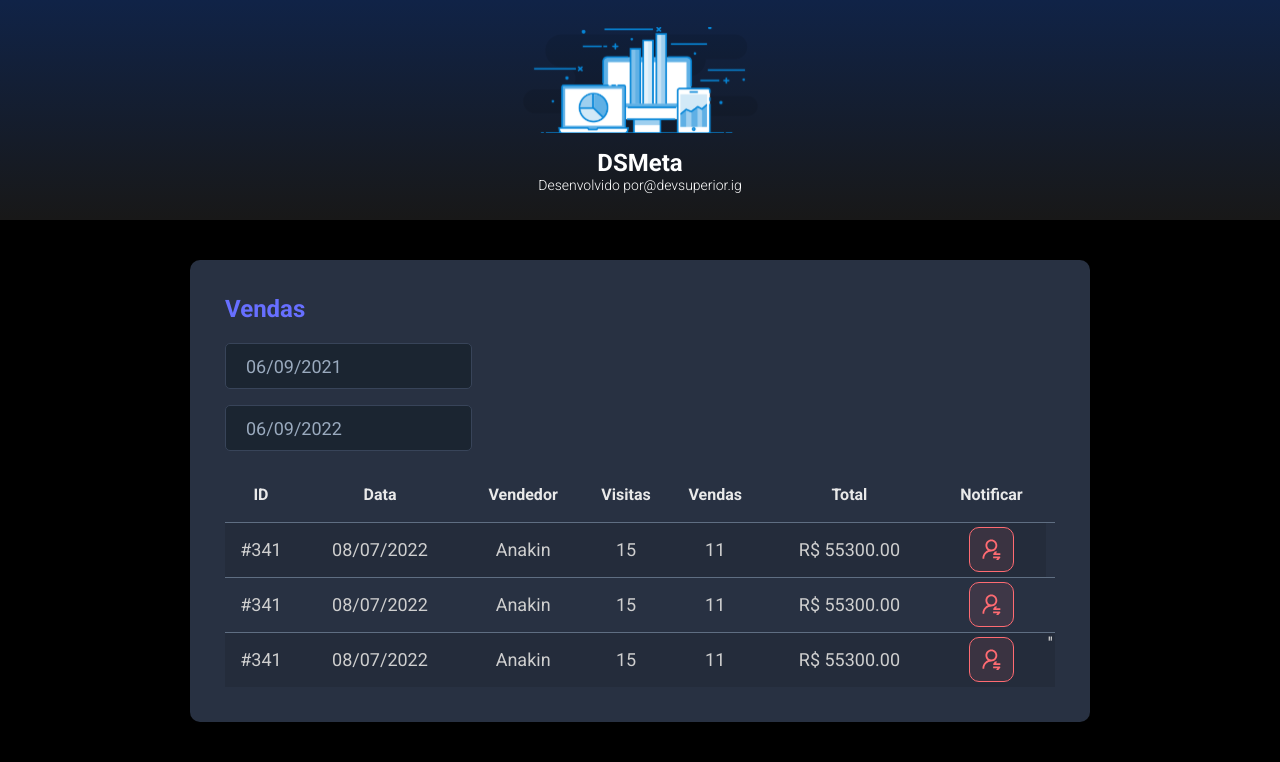
Repository: lucassouzz/dsmeta
Page: / (app in frontend/)
These files come from the project's save history. The page is drawn as it stood at one moment and after the next save; the edit follows.
The browser window is 1280 px wide. The pictures show the whole page.
The project was rebuilt for these pictures with package versions that can differ from the ones it lists, and the page was loaded fresh each time. Also part of the build but not shown: frontend/vite.config.ts.

Above is the page before, as saved 2022-09-11 20:01:39.

### frontend/src/App.tsx
import Header from "./components/Header";
import SalesCard from "./components/SalesCard";
import NotificationButton from "./components/NotificationButton";


function App() {
  return (
    <>
      <Header />
      <main>
        <section id="sales">
          <div className="dsmeta-container">
            <SalesCard />
          </div>
        </section>
      </main>
    </>
  )
}

export default App;

### frontend/src/index.css
@import url("https://fonts.googleapis.com/css2?family=Roboto:wght@300;400;700&display=swap");

* {
  font-family: "Roboto", sans-serif;
  box-sizing: border-box;
  margin: 0;
  padding: 0;
}

body,
html {
  background-color: #000;
  color: #fff;
}

a,
a:hover,
a:visited {
  color: unset;
  text-decoration: none;
}

/*
header {
  background: linear-gradient(180deg, #102347 0%, #181818 100%);
  height: 220px;
  display: flex;
  align-items: center;
  justify-content: center;
}

.dsmeta-logo-container {
  display: flex;
  flex-direction: column;
  align-items: center;
}

.dsmeta-logo-container img {
  width: 235px;
}

.dsmeta-logo-container h1 {
  margin-top: 15px;
  font-size: 24px;
}

.dsmeta-logo-container p {
  font-size: 14px;
  font-weight: 300;
}

.dsmeta-card {
  background-color: #283142;
  border-radius: 10px;
  padding: 30px 10px;
}
*/
.dsmeta-container {
  width: 100%;
  max-width: 900px;
  margin: 0 auto;
}

#sales {
  padding: 40px 10px;
}

/*
.dsmeta-sales-title {
  color: #676fff;
  font-size: 24px;
  margin-bottom: 20px;
}

.dsmeta-form-control-container {
  margin-bottom: 16px;
  max-width: 300px;
}

.dsmeta-form-control {
  width: 100%;
  height: 46px;
  background-color: #1b2531;
  border: 1px solid #384459;
  border-radius: 5px;
  color: #9aaabe;
  padding: 0 20px;
  font-size: 18px;
}

.dsmeta-sales-table {
  width: 100%;
  border-spacing: 0;
  border-collapse: collapse;
}

.dsmeta-sales-table thead {
  height: 55px;
  font-size: 16px;
  color: #e9e9e9;
  font-weight: 700;
}

.dsmeta-sales-table tbody {
  font-size: 14px;
  font-weight: 400;
  color: #cfcfcf;
  text-align: center;
}

.dsmeta-sales-table tbody tr {
  height: 74px;
  border-top: 1px solid #5f6e82;
}

.dsmeta-sales-table tbody tr:hover > td {
  background-color: #384459;
}

.dsmeta-sales-table tbody tr:nth-child(odd) {
  background-color: #242c3b;
}

.dsmeta-red-btn-container {
    display: flex;
    justify-content: center;
}

.dsmeta-red-btn {
  height: 45px;
  width: 45px;
  background: rgba(255, 107, 114, 0.1);
  border: 1px solid #ff6b72;
  border-radius: 10px;
  display: flex;
  align-items: center;
  justify-content: center;
  cursor: pointer;
}

.dsmeta-red-btn img {
    width: 19px;
}

.show576 {
    display: none;
}

.show992 {
    display: none;
}

@media (min-width: 576px) {
    .show576 {
        display: table-cell;
    }

    .dsmeta-card {
        padding: 35px;
    }

    .dsmeta-sales-table tbody tr {
        height: 55px;
    }

    .dsmeta-sales-table tbody {
        font-size: 18px;
    }
}

@media (min-width: 992px) {
    .show992 {
        display: table-cell;
    }
} */

### frontend/src/components/Header/index.tsx
import logo from '../../assets/img/logo.svg';
import './styles.css';

function Header() {
  return (
    <>
      <header>
        <div className="dsmeta-logo-container">
          <img src={logo} alt="DSMeta" />
          <h1>DSMeta</h1>
          <p>
            Desenvolvido por
            <a href="https://www.instagram.com/devsuperior.ig">@devsuperior.ig</a>
          </p>
        </div>
      </header>
    </>
  )
}

export default Header;

### frontend/src/components/SalesCard/index.tsx
import { useEffect, useState } from "react";
import DatePicker from "react-datepicker";
import "react-datepicker/dist/react-datepicker.css";

import NotificationButton from '../NotificationButton';
import './styles.css';

function SalesCard() {

    const min = new Date(new Date().setDate(new Date().getDate() - 365));
    const max = new Date();

    const [minDate, setMinDate] = useState(min);
    const [maxDate, setMaxDate] = useState(max);

    useEffect(() => {
        console.log("TESTE")
    }, []);

    return (
        <>
            <div className="dsmeta-card">
                <h2 className="dsmeta-sales-title">Vendas</h2>
                <div>
                    <div className="dsmeta-form-control-container">
                        <DatePicker
                            selected={minDate}
                            onChange={(date: Date) => setMinDate(date)}
                            className="dsmeta-form-control"
                            dateFormat="dd/MM/yyyy"
                        />
                    </div>
                    <div className="dsmeta-form-control-container">
                        <DatePicker
                            selected={maxDate}
                            onChange={(date: Date) => setMaxDate(date)}
                            className="dsmeta-form-control"
                            dateFormat="dd/MM/yyyy"
                        />
                    </div>
                </div>

                <div>
                    <table className="dsmeta-sales-table">
                        <thead>
                            <tr>
                                <th className="show992">ID</th>
                                <th className="show576">Data</th>
                                <th>Vendedor</th>
                                <th className="show992">Visitas</th>
                                <th className="show992">Vendas</th>
                                <th>Total</th>
                                <th>Notificar</th>
                            </tr>
                        </thead>
                        <tbody>
                            <tr>
                                <td className="show992">#341</td>
                                <td className="show576">08/07/2022</td>
                                <td>Anakin</td>
                                <td className="show992">15</td>
                                <td className="show992">11</td>
                                <td>R$ 55300.00</td>
                                <td>
                                    <div className="dsmeta-red-btn-container">
                                        <NotificationButton />
                                    </div>
                                </td>
                            </tr>
                            <tr>
                                <td className="show992">#341</td>
                                <td className="show576">08/07/2022</td>
                                <td>Anakin</td>
                                <td className="show992">15</td>
                                <td className="show992">11</td>
                                <td>R$ 55300.00</td>
                                <td>
                                    <div className="dsmeta-red-btn-container">
                                        <NotificationButton />
                                    </div>
                                </td>
                            </tr>
                            <tr>
                                <td className="show992">#341</td>
                                <td className="show576">08/07/2022</td>
                                <td>Anakin</td>
                                <td className="show992">15</td>
                                <td className="show992">11</td>
                                <td>R$ 55300.00</td>
                                <td>
                                    <div className="dsmeta-red-btn-container">
                                        <NotificationButton />
                                    </div>
                                </td>''
                            </tr>
                        </tbody>

                    </table>
                </div>
            </div>
        </>
    )
}

export default SalesCard;

### frontend/src/components/NotificationButton/index.tsx
import icon from '../../assets/img/notification-icon.svg';
import './styles.css';

function NotificationButton() {
    return (
        <>
            <div className="dsmeta-red-btn">
                <img src={icon} alt="Notificar" />
            </div>
        </>
    )
}

export default NotificationButton;

### frontend/src/components/SalesCard/styles.css
.dsmeta-card {
    background-color: #283142;
    border-radius: 10px;
    padding: 30px 10px;
}

.dsmeta-sales-title {
    color: #676fff;
    font-size: 24px;
    margin-bottom: 20px;
}

.dsmeta-form-control-container {
    margin-bottom: 16px;
    max-width: 300px;
}

.dsmeta-form-control {
    width: 100%;
    height: 46px;
    background-color: #1b2531;
    border: 1px solid #384459;
    border-radius: 5px;
    color: #9aaabe;
    padding: 0 20px;
    font-size: 18px;
}

.dsmeta-sales-table {
    width: 100%;
    border-spacing: 0;
    border-collapse: collapse;
}

.dsmeta-sales-table thead {
    height: 55px;
    font-size: 16px;
    color: #e9e9e9;
    font-weight: 700;
}

.dsmeta-sales-table tbody {
    font-size: 14px;
    font-weight: 400;
    color: #cfcfcf;
    text-align: center;
}

.dsmeta-sales-table tbody tr {
    height: 74px;
    border-top: 1px solid #5f6e82;
}

.dsmeta-sales-table tbody tr:hover>td {
    background-color: #384459;
}

.dsmeta-sales-table tbody tr:nth-child(odd) {
    background-color: #242c3b;
}

.dsmeta-red-btn-container {
    display: flex;
    justify-content: center;
}

.show576 {
    display: none;
}

.show992 {
    display: none;
}

@media (min-width: 576px) {
    .show576 {
        display: table-cell;
    }

    .dsmeta-card {
        padding: 35px;
    }

    .dsmeta-sales-table tbody tr {
        height: 55px;
    }

    .dsmeta-sales-table tbody {
        font-size: 18px;
    }
}

@media (min-width: 992px) {
    .show992 {
        display: table-cell;
    }
}

Loaded but not shown: frontend/index.html (common file); frontend/src/main.tsx (common file); frontend/src/components/Header/styles.css (common file); frontend/src/components/NotificationButton/styles.css (common file)

After the next save:
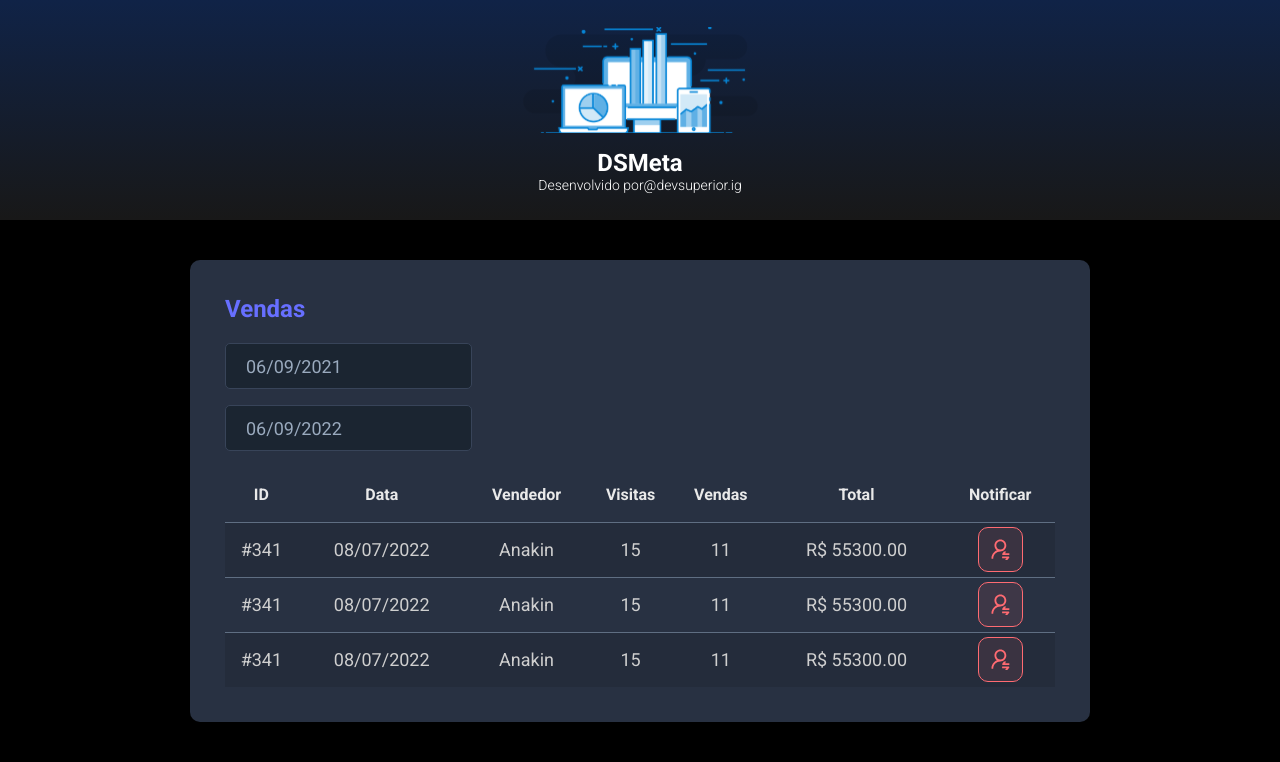
Saved 50 s later.
--- a/frontend/src/components/SalesCard/index.tsx
+++ b/frontend/src/components/SalesCard/index.tsx
@@ -91,12 +91,13 @@
                                     <div className="dsmeta-red-btn-container">
                                         <NotificationButton />
                                     </div>
-                                </td>''
+                                </td>
                             </tr>
                         </tbody>
 
                     </table>
                 </div>
+
             </div>
         </>
     )
